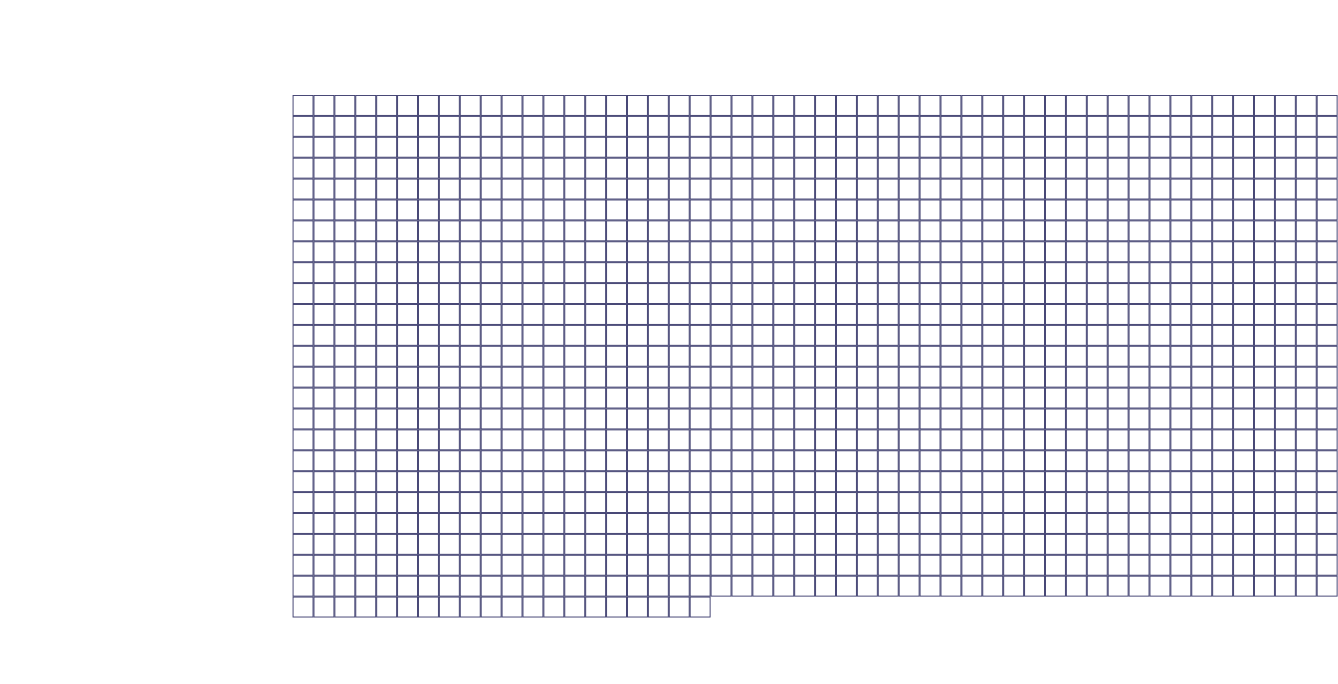
Repository: NikhilJohny/Pathfinding---ReactJS
Page: /
The author's editor kept a copy of each file at every save. The page is drawn from the files as they stood at one save, then again after the next save.
The browser window is 1280 px wide. The page is 1408 px wide, so the pictures cover 1408 px, including what lies to the right of the window. The pictures show the whole page, at 95% of full size.
The project was rebuilt for these pictures with package versions that can differ from the ones it lists, and the page was loaded fresh each time.

Above is the page before, as saved 2021-05-06 12:56:51.

### src/index.js
import React from 'react'
import ReactDOM from 'react-dom'
import App from './App'

ReactDOM.render(
  <App/>,
  document.getElementById('root')
)

### src/App.js
import React from "react"
import PathFindingView from './PathFindingView'


class App extends React.Component {
    render() {
        return (
        <PathFindingView />
        )
    }
}

export default App;

### src/PathFindingView.js
import React,{Component} from "react"
import Nodes from './Nodes'
import './Node.css';
import update from 'react-addons-update';

const grid = () =>{
    const rowArray = [];
    for(let i = 0; i < 20; i++){
        const colArray = [];
        for(let j = 0; j < 61; j++){
            colArray.push(createNode(i,j));
        }
        rowArray.push(colArray);
    }
    return rowArray;
}

const createNode = ((i,j) => {
    const NodeObj = {
      row : i,
      col : j,
      start : false,
      end : false,
      previous : null,
      top : null,
      bottom : null,
      left : null,
      right : null,
      wall : false
    }
    return NodeObj;
})

class PathFindingView extends Component{
    constructor(){
        super();
        this.state = {
            board : [],
            mousePressed : false,
            currentGrid : null,
        }
    }
    componentDidMount(){
        const arr = grid()
        this.setState({board : arr})
        console.log(window.innerHeight)
    }


    mouseDownFunctions(rows, cols){
        const grid = this.state.board;
        grid[rows][cols].wall = !grid[rows][cols].wall
        this.updateIndex(rows,cols,grid[rows][cols])
    }

    updateIndex(rows, cols, content){
        this.setState(update(this.state ,{
            board : {
                [rows]:{
                    [cols]:{
                        $set : content
                    }
                }
            },
            mousePressed : {
                $set : true
            },
            currentGrid : {
                $set : content
            }
        }))
    }

    mouseEnterFunction(rows,cols){
        const grid = this.state.board;
        if(!this.state.mousePressed || this.state.currentGrid === grid[rows][cols]) return;
        if(this.state.currentGrid !== grid[rows][cols] && this.state.mousePressed){
            if(this.state.mousePressed){
                grid[rows][cols].wall = !grid[rows][cols].wall
                this.updateIndex(rows,cols,grid[rows][cols])
            }
        }
    }
    mouseUpFunction(){
        this.setState({
            mousePressed : false
        })
    }

    render(){
        const NodeComponent = []
        this.state.board.map((rows,rowKeys) =>{
            rows.map((cols,colKeys) => {
                NodeComponent.push(
                    <Nodes
                        id = {colKeys}
                        row = {cols.row}
                        col = {cols.col}
                        wall = {cols.wall}
                        onMouseDown = {(row,col) => this.mouseDownFunctions(row,col)}
                        onMouseEnter = {(row,col) => this.mouseEnterFunction(row,col)}
                        onMouseUp = {() => this.mouseUpFunction()}
                    />
                )
            })
        })
        return (
            <div className = "canvas">
                {NodeComponent}
            </div>
        )

    }
}

export default PathFindingView

### src/Nodes.js
import React , {Component} from "react"
import './Node.css';

class Nodes extends Component{

    render(){
        const nodeClass = this.props.wall ? 'Node node-wall' : 'Node'
        return(
            <div className = {nodeClass}
            onMouseDown = {() => this.props.onMouseDown(this.props.row,this.props.col)}
            onMouseEnter = {() => this.props.onMouseEnter(this.props.row,this.props.col)}
            onMouseUp = {() => this.props.onMouseUp()}
            >
            </div>
        )
    }
}

export default Nodes;

### src/Node.css
.canvas {
    margin-top: 100px;
    margin-left: 300px;
    max-width: 11000px;
    min-width: 1100px;
}

.Node {
    margin-bottom: -4px;
    width: 20px;
    height: 20px;
    border: 1px solid rgba(0, 0, 66, 0.75);
    display: inline-block;
}

.node-wall {
    animation-name: visitedAnimation;
    animation-duration: 0.2s;
    animation-timing-function: ease-out;
    animation-delay: 0;
    animation-direction: alternate;
    animation-iteration-count: 1;
    animation-fill-mode: forwards;
    animation-play-state: running;
}

@keyframes visitedAnimation {
    0% {
        transform: scale(0.3);
        background-color: rgba(0, 0, 66, 0.75);
        border-radius: 100%;
    }
    50% {
        background-color: rgba(0, 0, 66, 0.75);
    }
    75% {
        transform: scale(1.2);
        background-color: rgba(0, 0, 66, 0.75);
    }
    100% {
        transform: scale(1);
        background-color: rgba(0, 0, 66, 0.75);
        border-color: transparent;
    }
}

Loaded but not shown: public/index.html (common file)

After the next save:
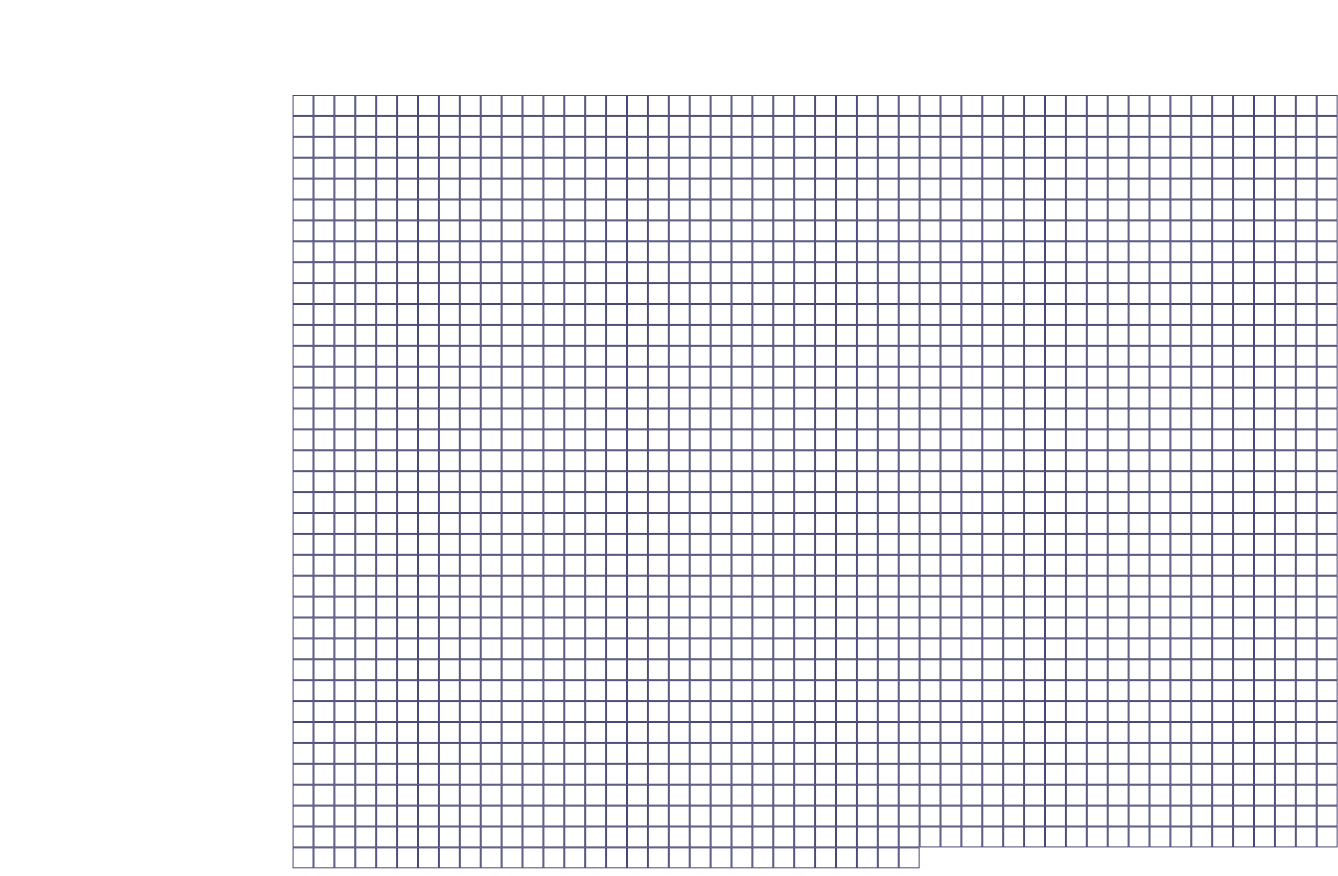
Saved 22 s later.
--- a/src/PathFindingView.js
+++ b/src/PathFindingView.js
@@ -5,7 +5,7 @@ import update from 'react-addons-update';
 
 const grid = () =>{
     const rowArray = [];
-    for(let i = 0; i < 20; i++){
+    for(let i = 0; i < 30; i++){
         const colArray = [];
         for(let j = 0; j < 61; j++){
             colArray.push(createNode(i,j));
